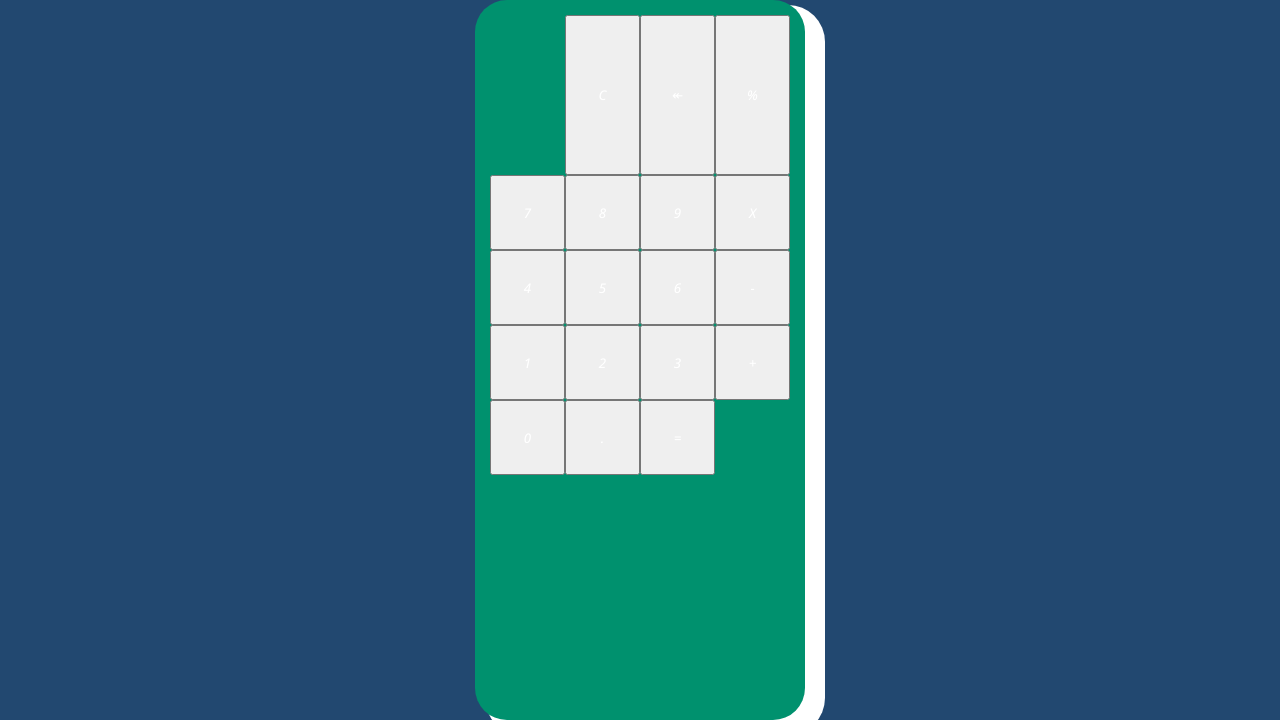
Repository: jhonenmanuel1/javaScript-calculator
Page: src/index.html
An editor plug-in stored every save of this project. The page is shown before and after the next save, followed by the edit.
The browser window is 1280 px wide. The pictures show the whole page.

Above is the page before, as saved 2022-08-02 23:13:18.

After the next save:
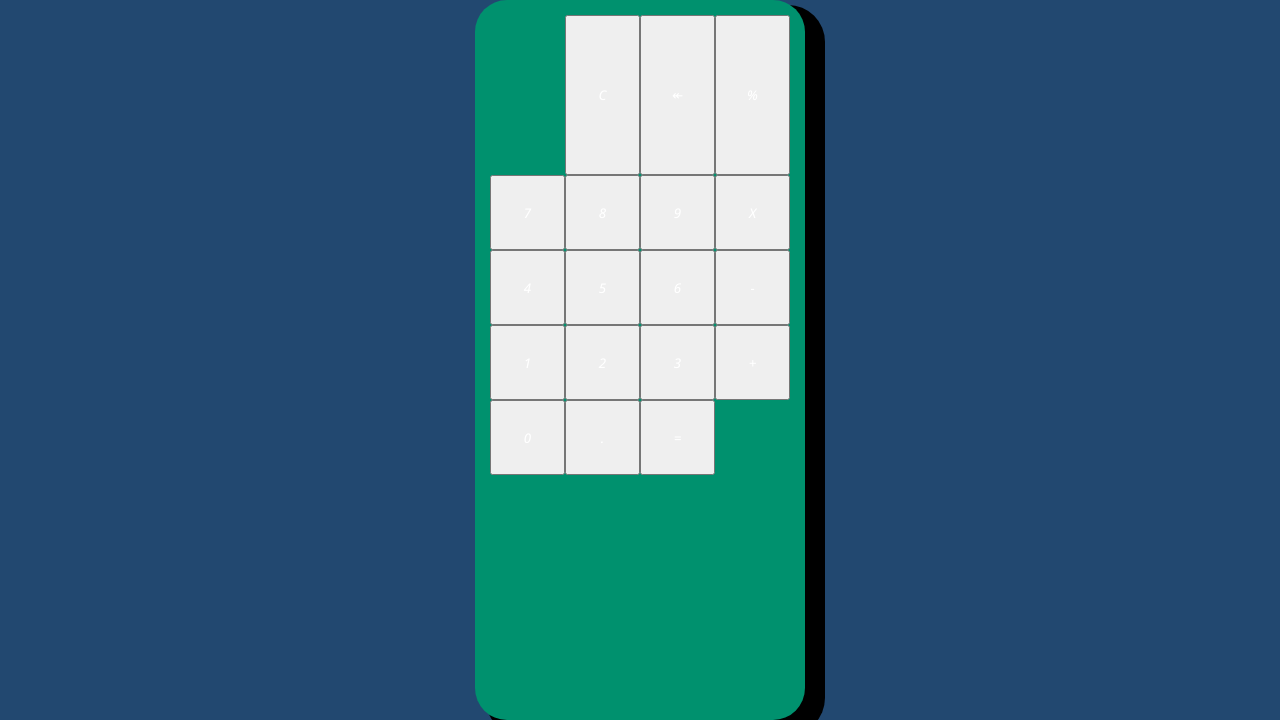
Saved 19 s later.
--- a/src/styles.css
+++ b/src/styles.css
@@ -19,6 +19,6 @@ body{
     background-color: #00916e;
     padding: 15px;
     border-radius: 32px;
-    box-shadow: 15px  10px 0px 5px ;
+    box-shadow: 15px  10px 0px 5px #000000;
 
 }
